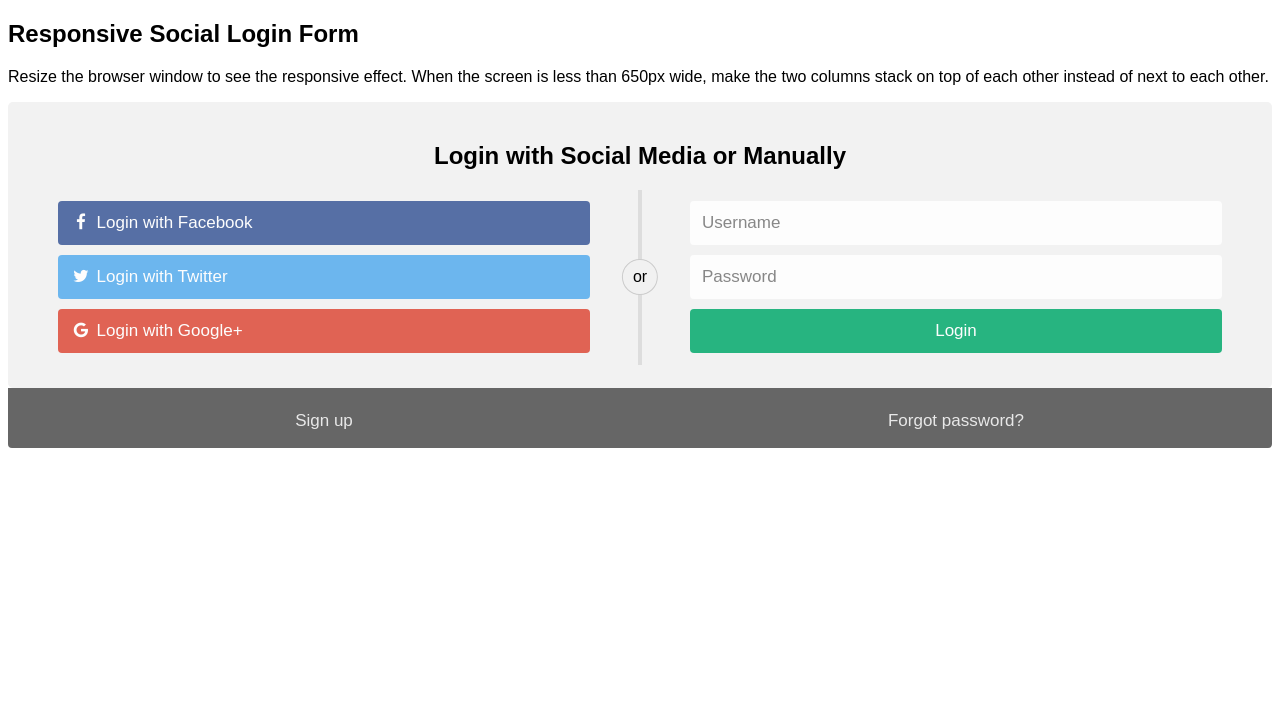
Repository: JohnRudolph1/Movie-Blog
Page: html/login.html
These files come from the project's save history. The page is drawn as it stood at one moment and after the next save; the edit follows.
The browser window is 1280 px wide. The pictures show the whole page.

Above is the page before, as saved 2022-01-03 11:32:59.

### html/login.html
<!DOCTYPE html>
<html>
<head>
<meta name="viewport" content="width=device-width, initial-scale=1">
<link rel="stylesheet" href="https://cdnjs.cloudflare.com/ajax/libs/font-awesome/4.7.0/css/font-awesome.min.css">
<style>
body {
  font-family: Arial, Helvetica, sans-serif;
}

* {
  box-sizing: border-box;
}

/* style the container */
.container {
  position: relative;
  border-radius: 5px;
  background-color: #f2f2f2;
  padding: 20px 0 30px 0;
}

/* style inputs and link buttons */
input,
.btn {
  width: 100%;
  padding: 12px;
  border: none;
  border-radius: 4px;
  margin: 5px 0;
  opacity: 0.85;
  display: inline-block;
  font-size: 17px;
  line-height: 20px;
  text-decoration: none; /* remove underline from anchors */
}

input:hover,
.btn:hover {
  opacity: 1;
}

/* add appropriate colors to fb, twitter and google buttons */
.fb {
  background-color: #3B5998;
  color: white;
}

.twitter {
  background-color: #55ACEE;
  color: white;
}

.google {
  background-color: #dd4b39;
  color: white;
}

/* style the submit button */
input[type=submit] {
  background-color: #04AA6D;
  color: white;
  cursor: pointer;
}

input[type=submit]:hover {
  background-color: #45a049;
}

/* Two-column layout */
.col {
  float: left;
  width: 50%;
  margin: auto;
  padding: 0 50px;
  margin-top: 6px;
}

/* Clear floats after the columns */
.row:after {
  content: "";
  display: table;
  clear: both;
}

/* vertical line */
.vl {
  position: absolute;
  left: 50%;
  transform: translate(-50%);
  border: 2px solid #ddd;
  height: 175px;
}

/* text inside the vertical line */
.vl-innertext {
  position: absolute;
  top: 50%;
  transform: translate(-50%, -50%);
  background-color: #f1f1f1;
  border: 1px solid #ccc;
  border-radius: 50%;
  padding: 8px 10px;
}

/* hide some text on medium and large screens */
.hide-md-lg {
  display: none;
}

/* bottom container */
.bottom-container {
  text-align: center;
  background-color: #666;
  border-radius: 0px 0px 4px 4px;
}

/* Responsive layout - when the screen is less than 650px wide, make the two columns stack on top of each other instead of next to each other */
@media screen and (max-width: 650px) {
  .col {
    width: 100%;
    margin-top: 0;
  }
  /* hide the vertical line */
  .vl {
    display: none;
  }
  /* show the hidden text on small screens */
  .hide-md-lg {
    display: block;
    text-align: center;
  }
}
</style>
</head>
<body>

<h2>Responsive Social Login Form</h2>
<p>Resize the browser window to see the responsive effect. When the screen is less than 650px wide, make the two columns stack on top of each other instead of next to each other.</p>

<div class="container">
  <form action="/action_page.php">
    <div class="row">
      <h2 style="text-align:center">Login with Social Media or Manually</h2>
      <div class="vl">
        <span class="vl-innertext">or</span>
      </div>

      <div class="col">
        <a href="#" class="fb btn">
          <i class="fa fa-facebook fa-fw"></i> Login with Facebook
         </a>
        <a href="#" class="twitter btn">
          <i class="fa fa-twitter fa-fw"></i> Login with Twitter
        </a>
        <a href="#" class="google btn"><i class="fa fa-google fa-fw">
          </i> Login with Google+
        </a>
      </div>

      <div class="col">
        <div class="hide-md-lg">
          <p>Or sign in manually:</p>
        </div>

        <input type="text" name="username" placeholder="Username" required>
        <input type="password" name="password" placeholder="Password" required>
        <input type="submit" value="Login">
      </div>

    </div>
  </form>
</div>

<div class="bottom-container">
  <div class="row">
    <div class="col">
      <a href="signUp.html" style="color:white" class="btn">Sign up</a>
    </div>
    <div class="col">
      <a href="#" style="color:white" class="btn">Forgot password?</a>
    </div>
  </div>
</div>

</body>
</html>

After the next save:
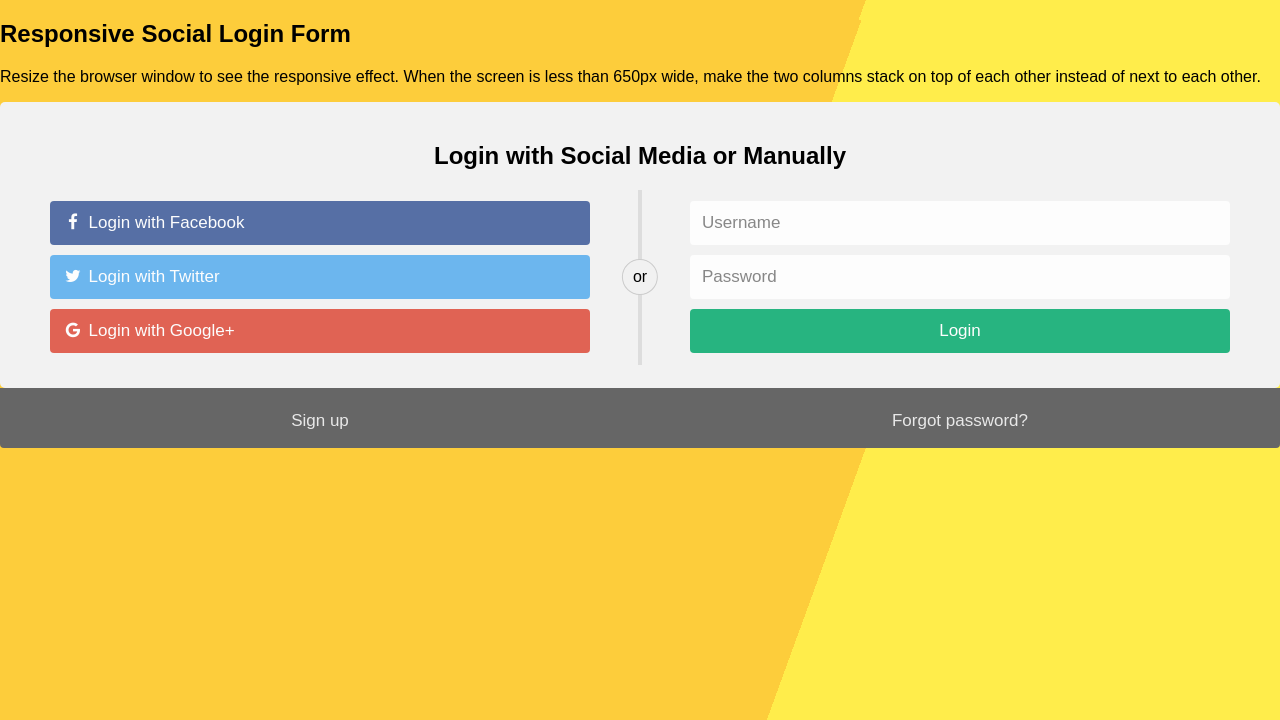
Saved 48 s later.
--- a/html/login.html
+++ b/html/login.html
@@ -4,6 +4,51 @@
 <meta name="viewport" content="width=device-width, initial-scale=1">
 <link rel="stylesheet" href="https://cdnjs.cloudflare.com/ajax/libs/font-awesome/4.7.0/css/font-awesome.min.css">
 <style>
+      body,
+    h1,
+    h2,
+    h3,
+    h4,
+    h5 {
+        font-family: "Raleway", sans-serif
+    }
+
+    body {
+        margin: 0;
+        overflow-x: hidden;
+        background: linear-gradient(110deg, #fdcd3b 60%, #ffed4b 60%);
+    }
+
+    html {
+        background: linear-gradient(110deg, #fdcd3b 60%, #ffed4b 60%);
+    }
+
+    li {
+        list-style: none;
+    }
+
+    .title {
+        font-weight: bold;
+        cursor: default;
+    }
+
+    .topnav {
+        overflow: hidden;
+        background-color: #333;
+        font-family: "Oswald", sans-serif;
+    }
+
+    .topnav a {
+        float: left;
+        display: block;
+        color: #f2f2f2;
+        text-align: center;
+        padding: 14px 16px;
+        margin: 0 1%;
+        text-decoration: none;
+        font-size: 17px;
+        transition: 0.5s;
+    }
 body {
   font-family: Arial, Helvetica, sans-serif;
 }
